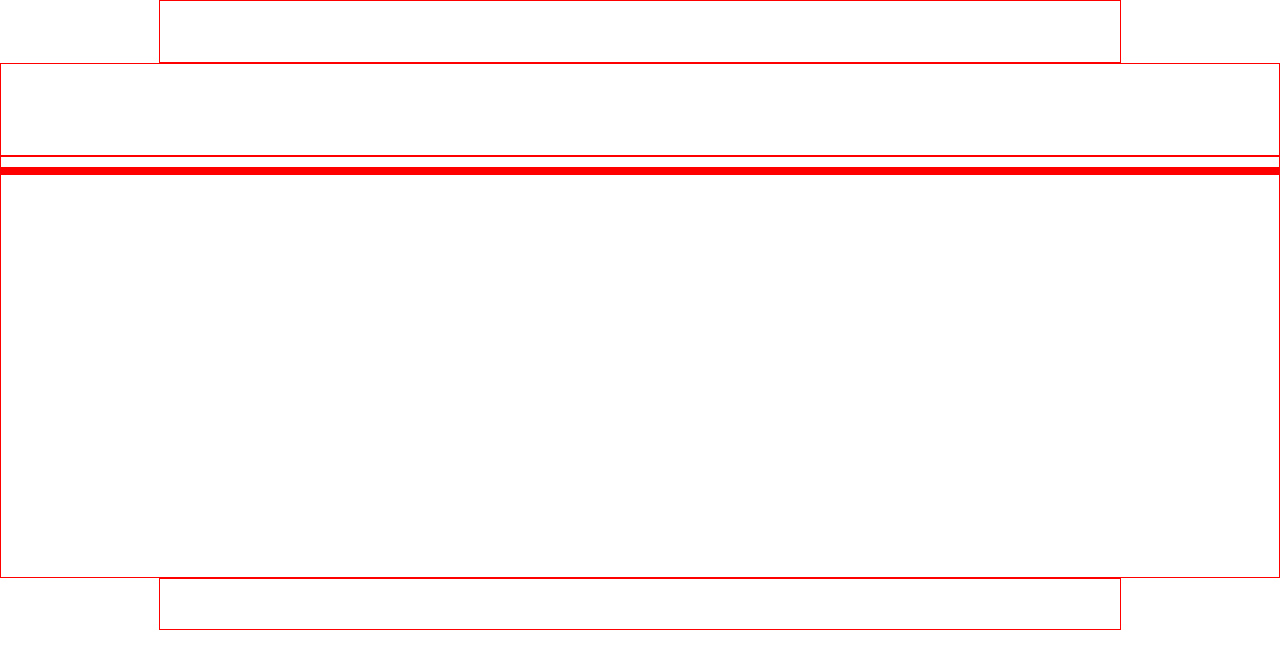
Repository: LYC-Android/JavaWebProject
Page: WebBasic/src/main/webapp/day03/admin_list.html
These files come from the project's save history. The page is drawn as it stood at one moment and after the next save; the edit follows.
The browser window is 1280 px wide. The pictures show the whole page.

Above is the page before, as saved 2017-09-21 03:38:51.

After the next save:
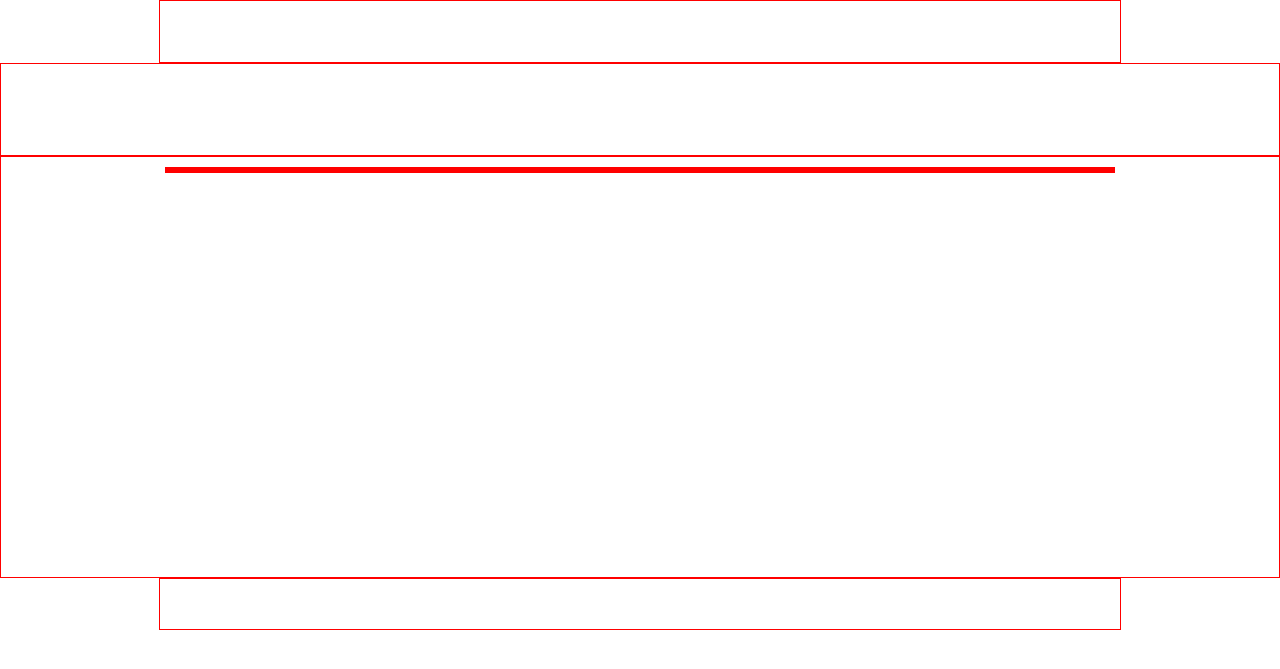
Saved 2 min 17 s later.
--- a/WebBasic/src/main/webapp/day03/list.css
+++ b/WebBasic/src/main/webapp/day03/list.css
@@ -30,3 +30,10 @@ div{
 	width: 960px;
 	height: 50px;
 }
+
+.content{
+	width: 950px;
+	height: 390px;
+	border: 5px;
+	border-color: #8ac1db;
+}
